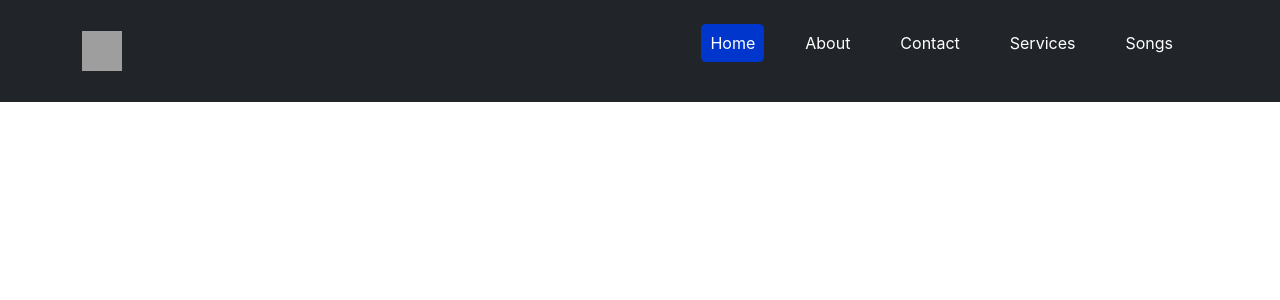
Repository: stephenkayade/cephas-musical
Page: / (app in cephas-musical/)
The author's editor kept a copy of each file at every save. The page is drawn from the files as they stood at one save, then again after the next save.
The browser window is 1280 px wide. The pictures show the whole page.
The pointer rests on the first visible `.navbox li`.
Pictures or frames that could not be fetched are drawn as grey boxes. The project was rebuilt for these pictures with package versions that can differ from the ones it lists, and the page was loaded fresh each time. A package was used in the major version that the imports need, not the one package.json lists. Also part of the build but not shown: cephas-musical/src/components/Master.jsx.

Above is the page before, as saved 2021-03-09 05:03:27.

After the next save:
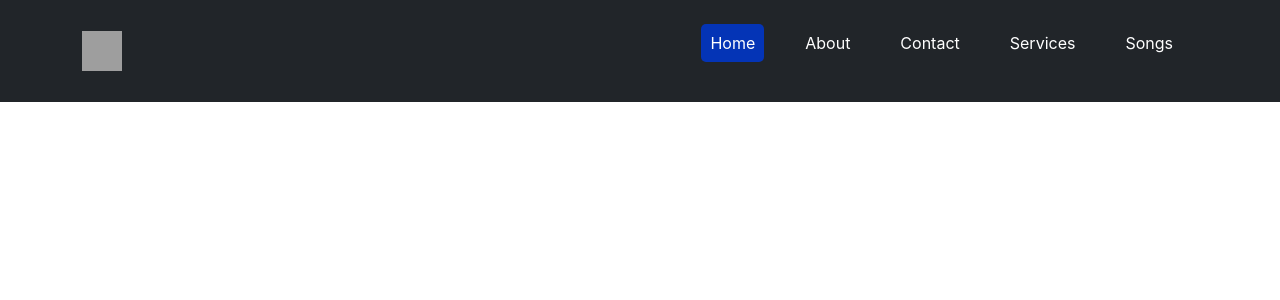
Saved 5 s later.
--- a/cephas-musical/public/css/custom.css
+++ b/cephas-musical/public/css/custom.css
@@ -11,11 +11,11 @@
     -moz-border-radius: 5px;
     -ms-border-radius: 5px;
     -o-border-radius: 5px;
-    transition: color 1s ease-in-out;
-    -webkit-transition: color 1s ease-in-out;
-    -moz-transition: color 1s ease-in-out;
-    -ms-transition: color 1s ease-in-out;
-    -o-transition: color 1s ease-in-out;
+    transition: color 1s ease-in-out, background 2s ease-in-out;
+    -webkit-transition: color 1s ease-in-out, background 2s ease-in-out;
+    -moz-transition: color 1s ease-in-out, background 2s ease-in-out;
+    -ms-transition: color 1s ease-in-out, background 2s ease-in-out;
+    -o-transition: color 1s ease-in-out, background 2s ease-in-out;
 }
 
 .logo-img {
